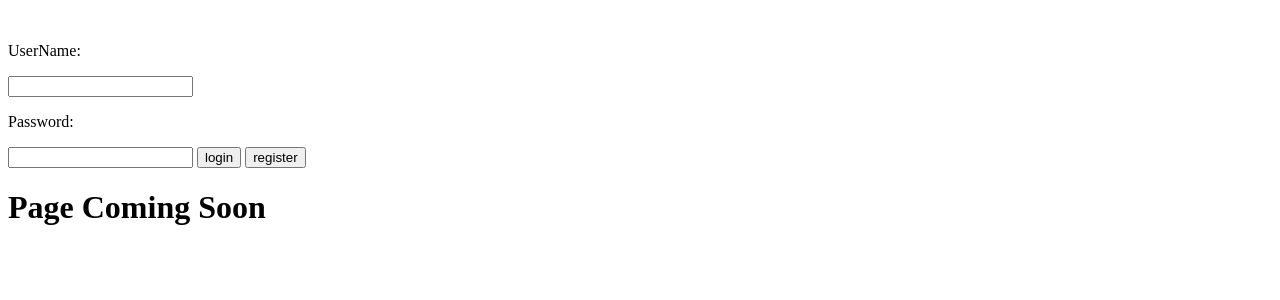
Repository: Hamzamshoaib/us2
Page: http://localhost/te_assignment_2/register.jsp
The author's editor kept a copy of each file at every save. The page is drawn from the files as they stood at one save, then again after the next save.
The browser window is 1280 px wide. The pictures show the whole page.
The page is served by Tomcat 9. The session is filled in as if someone had signed in: {"username": "Godlin"}. Other server files are loaded and not shown. Queries for data that is not in the repository find no rows.

Above is the page before, as saved 2015-05-09 12:13:37.

### te_assignment_2/WebContent/register.jsp
<%@ page language="java" contentType="text/html; charset=US-ASCII"
    pageEncoding="US-ASCII"%>
<!DOCTYPE html PUBLIC "-//W3C//DTD HTML 4.01 Transitional//EN" "http://www.w3.org/TR/html4/loose.dtd">
<html>
<head>
<meta http-equiv="Content-Type" content="text/html; charset=US-ASCII">
<title>Insert title here</title>
</head>
<body>
<FORM NAME="registrationform" ACTION="register" METHOD="POST">
<br>
<p>UserName: </p>
<INPUT type="text" name="username">
<br>
<p>Password: </p>
<INPUT type="password" name="password">
<INPUT TYPE="submit" name="action" value="login">
<INPUT TYPE="submit" name="action" value="register">

</FORM>
<h1>Page Coming Soon</h1>
</body>
</html>

### te_assignment_2/src/edu/unsw/comp9321/Email.java
package edu.unsw.comp9321;


import java.util.Properties;
import javax.mail.Message;
import javax.mail.MessagingException;
import javax.mail.PasswordAuthentication;
import javax.mail.Session;
import javax.mail.Transport;
import javax.mail.internet.InternetAddress;
import javax.mail.internet.MimeMessage;


public class Email {

	String from;
    final String username = "dailyauctiondeals";
    final String password = "moshe123";
    String host;
    Properties props;
    Session session;

	public Email(){
		from = "dailyauctiondeals@gmail.com";
		host = "smtp.gmail.com";

		props = new Properties();
		props.put("mail.smtp.auth", "true");
		props.put("mail.smtp.starttls.enable", "true");
		props.put("mail.smtp.host", host);
		props.put("mail.smtp.port", "587");

		session = Session.getInstance(props,
	      new javax.mail.Authenticator() {
	         protected PasswordAuthentication getPasswordAuthentication() {
	            return new PasswordAuthentication(username, password);
	         }
		});
	}

	public Boolean sendVerifyEmail(String to, String IDToken){

	      try {
	         // Create a default MimeMessage object.
	         Message message = new MimeMessage(session);

	         // Set From: header field of the header.
	         message.setFrom(new InternetAddress(from));

	         // Set To: header field of the header.
	         message.setRecipients(Message.RecipientType.TO,
	         InternetAddress.parse(to));
	         // Set Subject: header field
	         message.setSubject("Welcome to Daily Auction Deals! Please verify your email.");
	         // Now set the actual message
	         message.setText("Hi!\n\n"
	         		+ "Welcome to Daily Auction Deals! To use your account, please verify your email by clicking this link "
	         		+ "\n\n\thttp://localhost:8080/te_assignment_2/verification?verification_token=" + IDToken
	         		+ "\n\n"
	         		+ "Daily Auction Deals Team :)");

	         // Send message
	         Transport.send(message);

	         System.out.println("Sent message successfully...");

	      } catch (MessagingException e) {
	    	  return false;
	      }

		return true;
	}

	public Boolean newHighBid(int Item_ID){
		UserController uc = new UserController();
		BiddingController bc = new BiddingController();
		String user = bc.winningBidder(Item_ID);
		int highestBid = bc.currentWinningBid(Item_ID);
		String to = uc.getEmail(user);
		String itemName = uc.getItemName(Item_ID);
	      try {
		         // Create a default MimeMessage object.
		         Message message = new MimeMessage(session);

		         // Set From: header field of the header.
		         message.setFrom(new InternetAddress(from));

		         // Set To: header field of the header.
		         message.setRecipients(Message.RecipientType.TO,
		         InternetAddress.parse(to));
		         // Set Subject: header field
		         message.setSubject("Congratulations " + user + "! You have the highest bid at the moment!");
		         // Now set the actual message
		         message.setText("Hi!\n\n"
		         		+ "You have the highest bid for " + itemName + " at $" + highestBid + "."
		         		+ "\n\n"
		         		+ "Daily Auction Deals Team :)");

		         // Send message
		         Transport.send(message);

		         System.out.println("Sent New High Bid Mail successfully...");

	      } catch (MessagingException e) {
	    	  return false;
	      }
	      return true;
	}

	public Boolean sendLostBidEmail(int Item_ID){
		UserController uc = new UserController();
		BiddingController bc = new BiddingController();

		String user = bc.secondHighestBidder(Item_ID);
		if (user == null){
			System.out.println("He was the only bidder");
			return false;
		}

		int highestBid = bc.currentWinningBid(Item_ID);
		String to = uc.getEmail(user);
		String itemName = uc.getItemName(Item_ID);
	      try {
		         // Create a default MimeMessage object.
		         Message message = new MimeMessage(session);

		         // Set From: header field of the header.
		         message.setFrom(new InternetAddress(from));

		         // Set To: header field of the header.
		         message.setRecipients(Message.RecipientType.TO,
		         InternetAddress.parse(to));
		         // Set Subject: header field
		         message.setSubject("Oh no, " + user + "! You've been outbid!");
		         // Now set the actual message
		         message.setText("Hi!\n\n"
		         		+ "Unfortunately you have been outbid for your " + itemName + ".\n\n"
		         		+ "The new highest bid is: $" + highestBid + "."
		         		+ "\n\n"
		         		+ "Daily Auction Deals Team :)");

		         // Send message
			         Transport.send(message);

			         System.out.println("Sent Lost Bid Mail successfully...");

	      } catch (MessagingException e) {
	    	  return false;
	      }
	      return true;
	}

	public Boolean emailWinner(int Item_ID){
		UserController uc = new UserController();
		BiddingController bc = new BiddingController();
		String user = bc.winningBidder(Item_ID);
		int highestBid = bc.currentWinningBid(Item_ID);
		String to = uc.getEmail(user);
		String itemName = uc.getItemName(Item_ID);
	      try {
		         // Create a default MimeMessage object.
		         Message message = new MimeMessage(session);

		         // Set From: header field of the header.
		         message.setFrom(new InternetAddress(from));

		         // Set To: header field of the header.
		         message.setRecipients(Message.RecipientType.TO,
		         InternetAddress.parse(to));
		         // Set Subject: header field
		         message.setSubject("Congratulations " + user + "! You have won an item!");
		         // Now set the actual message
		         message.setText("Hi!\n\n"
		         		+ "You have won a brand new " + itemName + " for $" + highestBid + "! :)"
		         		+ "\n\n"
		         		+ "Daily Auction Deals Team :)");

		         // Send message
		         Transport.send(message);

		         System.out.println("Sent winner email successfully...");

	      } catch (MessagingException e) {
	    	  return false;
	      }
	      return true;
	}

	public Boolean emailOwner(int Item_ID){
		UserController uc = new UserController();
		BiddingController bc = new BiddingController();
		String user = uc.getItemOwner(Item_ID);
		int highestBid = bc.currentWinningBid(Item_ID);
		String to = uc.getEmail(user);
		String itemName = uc.getItemName(Item_ID);
	      try {
		         // Create a default MimeMessage object.
		         Message message = new MimeMessage(session);

		         // Set From: header field of the header.
		         message.setFrom(new InternetAddress(from));

		         // Set To: header field of the header.
		         message.setRecipients(Message.RecipientType.TO,
		         InternetAddress.parse(to));
		         // Set Subject: header field
		         message.setSubject("Congratulations " + user + "! Your item has been sold!");
		         // Now set the actual message
		         message.setText("Hi!\n\n"
		         		+ "You have sold your item " + itemName + " for $" + highestBid + "! :)"
		         		+ "\n\n"
		         		+ "Daily Auction Deals Team :)");

		         // Send message
		         Transport.send(message);

		         System.out.println("Sent owner email successfully...");

	      } catch (MessagingException e) {
	    	  return false;
	      }
	      return true;
	}

	public Boolean lessThanReserved(int Item_ID){
		UserController uc = new UserController();
		BiddingController bc = new BiddingController();
		String user = uc.getItemOwner(Item_ID);
		int highestBid = bc.currentWinningBid(Item_ID);
		String to = uc.getEmail(user);
		String itemName = uc.getItemName(Item_ID);
	      try {
		         // Create a default MimeMessage object.
		         Message message = new MimeMessage(session);

		         // Set From: header field of the header.
		         message.setFrom(new InternetAddress(from));

		         // Set To: header field of the header.
		         message.setRecipients(Message.RecipientType.TO,
		         InternetAddress.parse(to));
		         // Set Subject: header field
		         message.setSubject(user + ", your item has not reached its reserve price");
		         // Now set the actual message
		         message.setText("Hi!\n\n"
		         		+ "Your item, " + itemName + " has an offer of $" + highestBid
		         		+ " which is below your reserve price of $" + bc.getReservePrice(Item_ID) + ".\n\n"
		         		+ "Log into your account to accept or reject this offer."
		         		+ "\n\n"
		         		+ "Daily Auction Deals Team :)");

		         // Send message
		         Transport.send(message);

		         System.out.println("Sent reserved price notification email successfully...");

	      } catch (MessagingException e) {
	    	  return false;
	      }
	      return true;
	}

	public Boolean itemNotSold(int Item_ID){
		UserController uc = new UserController();
		String user = uc.getItemOwner(Item_ID);
		String to = uc.getEmail(user);
		String itemName = uc.getItemName(Item_ID);
	      try {
		         // Create a default MimeMessage object.
		         Message message = new MimeMessage(session);

		         // Set From: header field of the header.
		         message.setFrom(new InternetAddress(from));

		         // Set To: header field of the header.
		         message.setRecipients(Message.RecipientType.TO,
		         InternetAddress.parse(to));
		         // Set Subject: header field
		         message.setSubject(user + ", your item wasn't sold :(");
		         // Now set the actual message
		         message.setText("Hi!\n\n"
		         		+ "Your item, " + itemName + ", has not had any bids and was not sold. :( \n\n"
		         		+ "Log into your account and re-add if you want."
		         		+ "\n\n"
		         		+ "Daily Auction Deals Team :)");

		         // Send message
		         Transport.send(message);

		         System.out.println("Sent item not sold notification email successfully...");

	      } catch (MessagingException e) {
	    	  return false;
	      }
	      return true;
	}

	public void newBidEmails(int Item_ID){
		newHighBid(Item_ID);
		sendLostBidEmail(Item_ID);
	}

	public void endAuctionEmails(int Item_ID){
		emailWinner(Item_ID);
		emailOwner(Item_ID);
	}
}

After the next save:
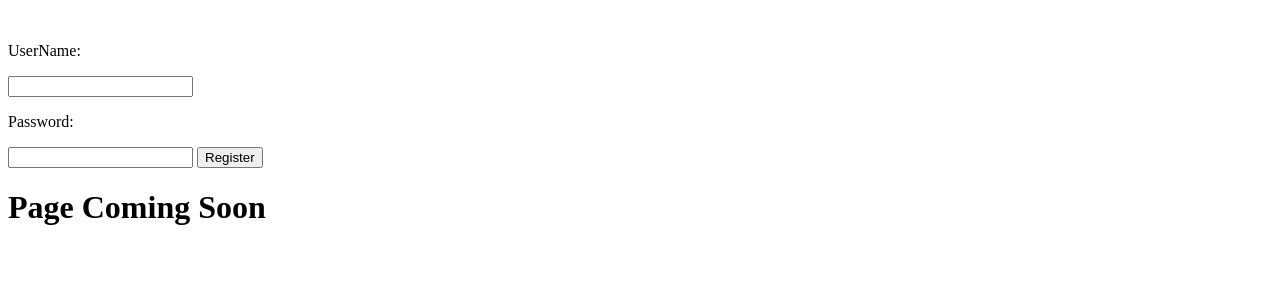
Saved 14 s later.
--- a/te_assignment_2/WebContent/register.jsp
+++ b/te_assignment_2/WebContent/register.jsp
@@ -14,8 +14,7 @@
 <br>
 <p>Password: </p>
 <INPUT type="password" name="password">
-<INPUT TYPE="submit" name="action" value="login">
-<INPUT TYPE="submit" name="action" value="register">
+<INPUT TYPE="submit" name="action" value="Register">
 
 </FORM>
 <h1>Page Coming Soon</h1>
